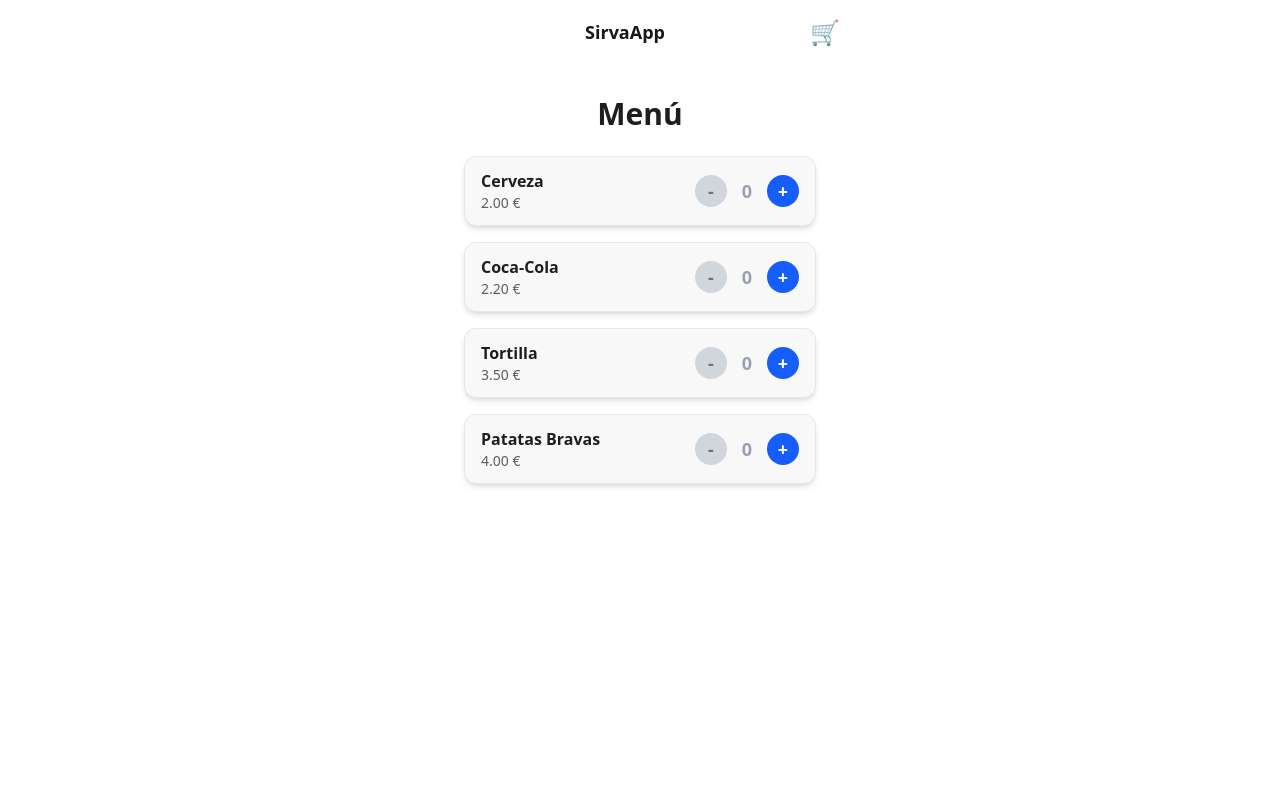
Repository: jrcardenas/sirvaapp
Page: /menu
The author's editor kept a copy of each file at every save. The page is drawn from the files as they stood at one save, then again after the next save.
The browser window is 1280 px wide. The pictures show the whole page.
The project was rebuilt for these pictures with package versions that can differ from the ones it lists, and the page was loaded fresh each time. The framework's server and built-in components were replaced by stand-ins that run in the browser. Also part of the build but not shown: next.config.ts, app/components/viewOrderButton.tsx.

Above is the page before, as saved 2025-11-02 11:54:31.

After the next save:
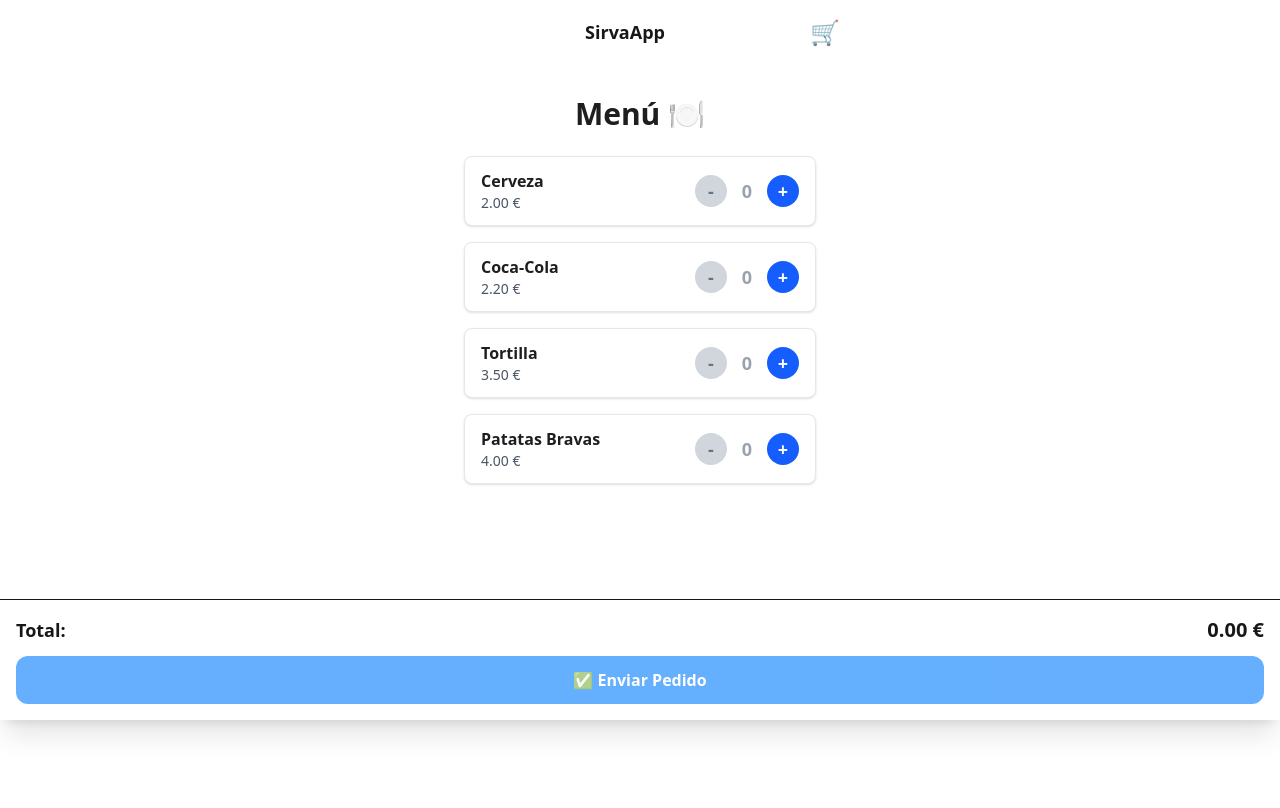
Saved 3 min 25 s later.
--- a/app/menu/page.tsx
+++ b/app/menu/page.tsx
@@ -2,10 +2,11 @@
 
 import Button from "@/components/ui/Button";
 import { useCartStore } from "@/store/cartStore";
-import ViewOrderButton from "@/components/ViewOrderButton";
+import { useRouter } from "next/navigation";
 
 export default function MenuPage() {
-  const { addItem, changeQty, items, removeItem } = useCartStore();
+  const router = useRouter();
+  const { addItem, changeQty, items, clearCart } = useCartStore();
 
   const productos = [
     { id: "1", nombre: "Cerveza", precio: 2.0 },
@@ -14,14 +15,24 @@ export default function MenuPage() {
     { id: "4", nombre: "Patatas Bravas", precio: 4.0 },
   ];
 
-  // ✅ SUMA todas las cantidades del producto aunque haya notas
   const getQty = (id: string) =>
     items.reduce((acc, p) => (p.id === id ? acc + p.qty : acc), 0);
 
+  const total = items.reduce(
+    (acc, p) => acc + p.price * p.qty,
+    0
+  );
+
+  const handleSendOrder = () => {
+    if (items.length === 0) return;
+    alert("✅ Pedido enviado a cocina!");
+    clearCart();
+  };
+
   return (
-    <main className="min-h-screen bg-[var(--color-background)] p-6 pb-20">
+    <main className="min-h-screen bg-[var(--color-background)] p-6 pb-24">
       <h1 className="text-3xl font-bold text-center text-[var(--color-text-dark)] mb-6">
-        Menú
+        Menú 🍽️
       </h1>
 
       <div className="grid gap-4 max-w-md mx-auto">
@@ -30,7 +41,7 @@ export default function MenuPage() {
 
           const handleMinus = () => {
             if (qty <= 1) {
-              removeItem(item.id); // ✅ Se elimina si era la última unidad
+              changeQty(item.id, 0);
             } else {
               changeQty(item.id, qty - 1);
             }
@@ -39,42 +50,35 @@ export default function MenuPage() {
           return (
             <div
               key={item.id}
-              className="bg-[var(--color-surface)] shadow-md rounded-[var(--radius)] px-4 py-3 flex justify-between items-center border border-gray-200"
+              className="bg-white shadow rounded-lg px-4 py-3 flex justify-between items-center border border-gray-200"
             >
-              {/* Nombre + Precio */}
               <div className="flex flex-col">
                 <span className="font-semibold text-[var(--color-text-dark)]">
                   {item.nombre}
                 </span>
-                <span className="text-[var(--color-text-dark)] opacity-70 text-sm">
+                <span className="text-gray-600 text-sm">
                   {item.precio.toFixed(2)} €
                 </span>
               </div>
 
-              {/* Controles SIEMPRE visibles ✅ */}
               <div className="flex items-center gap-2">
-                {/* Botón - */}
                 <button
                   className={`w-8 h-8 rounded-full text-lg font-bold flex items-center justify-center
                   ${qty === 0 ? "bg-gray-300 text-gray-500" : "bg-gray-200 text-black"}`}
+                  disabled={qty === 0}
                   onClick={handleMinus}
-                  disabled={qty === 0}
                 >
                   -
                 </button>
 
-                {/* Cantidad */}
                 <span
-                  className={`font-semibold w-6 text-center text-lg ${
-                    qty === 0
-                      ? "text-gray-400"
-                      : "text-[var(--color-text-dark)]"
+                  className={`w-6 text-center font-bold text-lg ${
+                    qty === 0 ? "text-gray-400" : "text-black"
                   }`}
                 >
                   {qty}
                 </span>
 
-                {/* Botón + */}
                 <button
                   className="w-8 h-8 bg-blue-600 text-white rounded-full text-lg font-bold flex items-center justify-center"
                   onClick={() =>
@@ -89,13 +93,27 @@ export default function MenuPage() {
                   +
                 </button>
               </div>
+
             </div>
           );
         })}
       </div>
 
-      {/* ✅ Botón flotante del carrito */}
-      <ViewOrderButton />
+      {/* ✅ Footer Pedido */}
+      <div className="fixed bottom-0 left-0 w-full bg-white shadow-xl p-4 border-t">
+        <div className="flex justify-between items-center mb-3">
+          <span className="font-semibold text-lg">Total:</span>
+          <span className="font-bold text-xl">{total.toFixed(2)} €</span>
+        </div>
+
+        <Button
+          fullWidth
+          disabled={items.length === 0}
+          onClick={handleSendOrder}
+        >
+          ✅ Enviar Pedido
+        </Button>
+      </div>
     </main>
   );
 }
